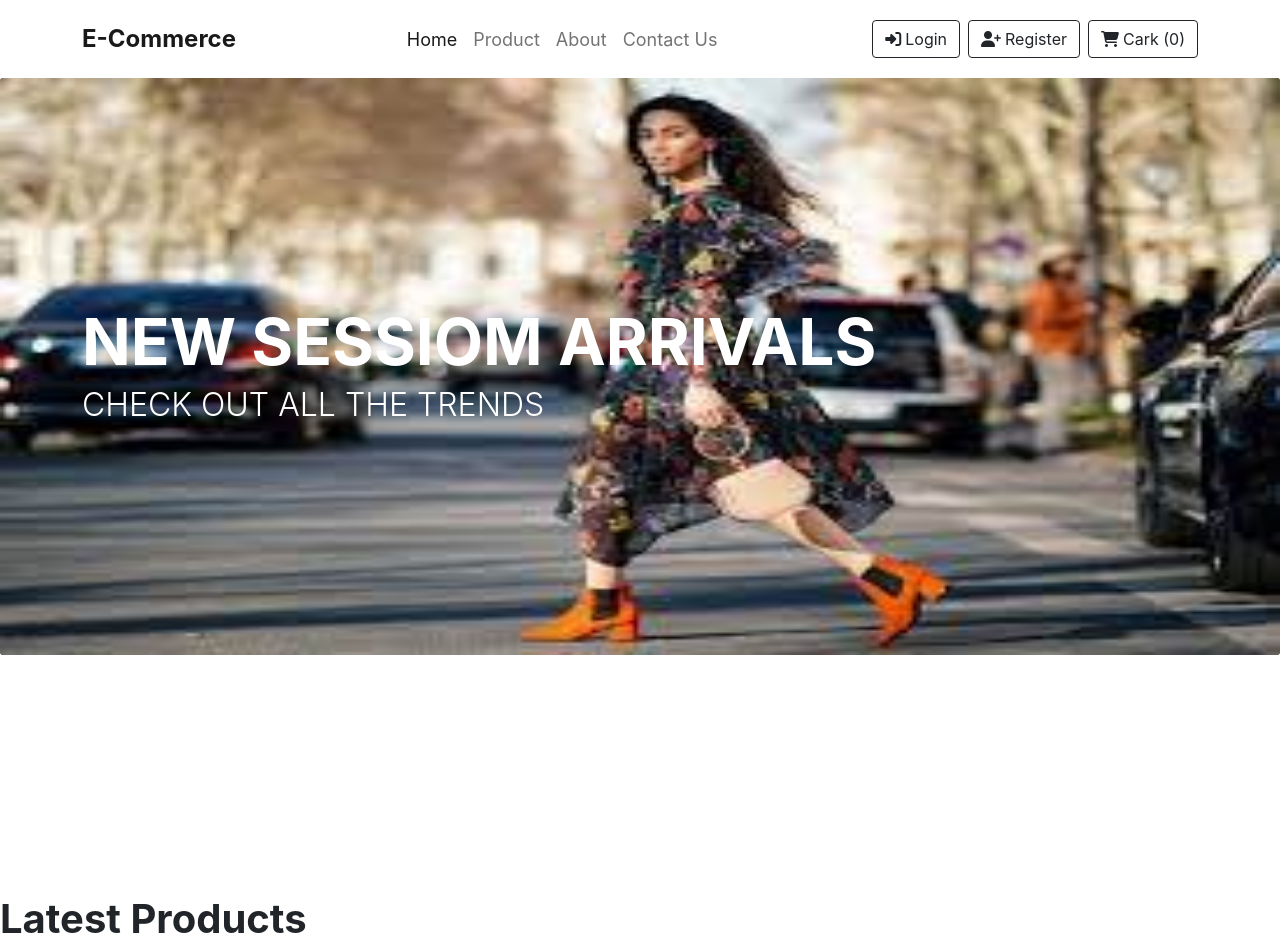
Repository: Sanjayjangra88/online_shop
Page: /products
These files come from the project's save history. The page is drawn as it stood at one moment and after the next save; the edit follows.
The browser window is 1280 px wide. The pictures show the whole page.
Some web libraries are served in a nearby version. The project was rebuilt for these pictures with package versions that can differ from the ones it lists, and the page was loaded fresh each time.

Above is the page before, as saved 2022-03-29 20:57:19.

After the next save:
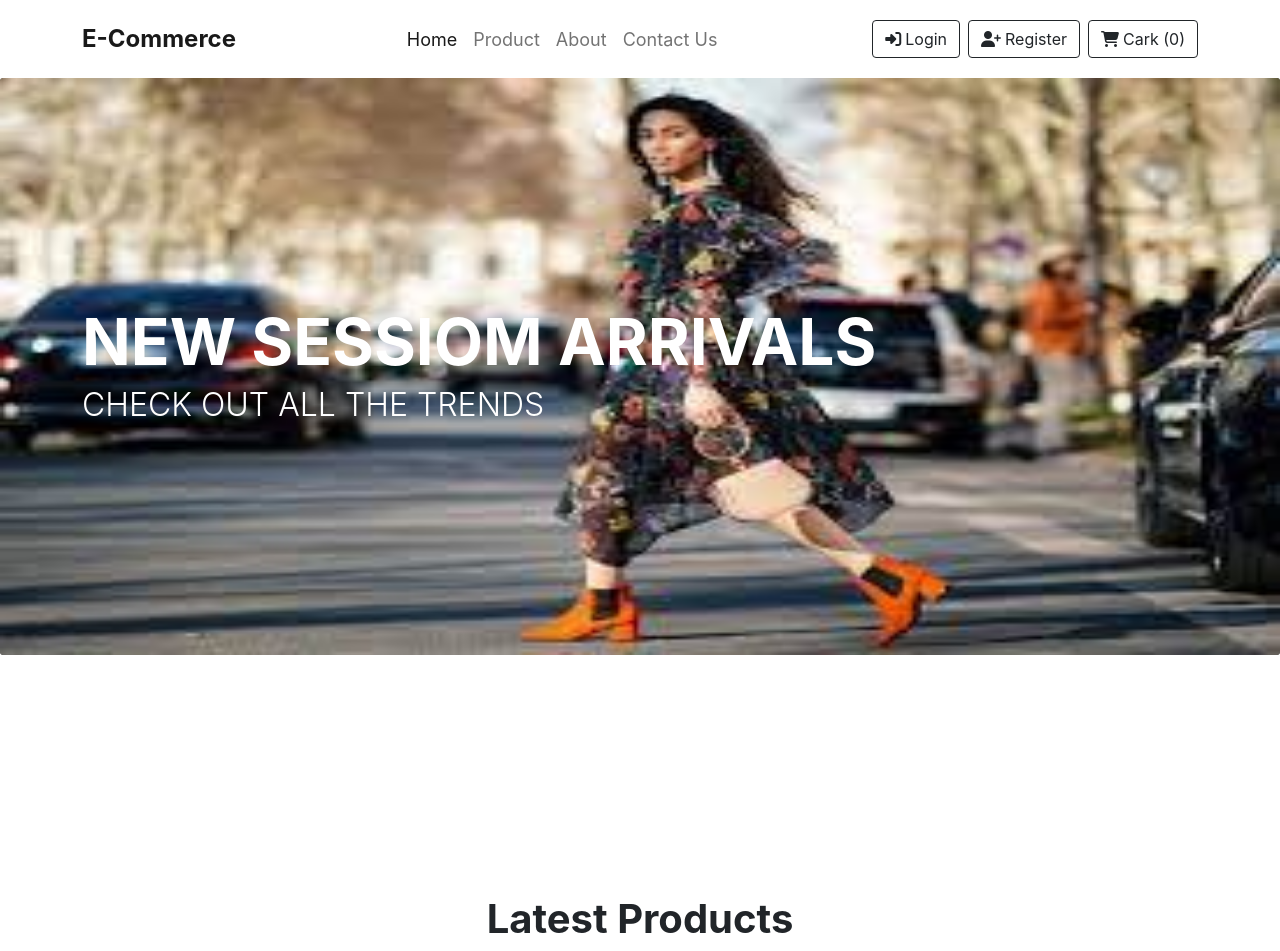
Saved 16 s later.
--- a/src/components2/Products.jsx
+++ b/src/components2/Products.jsx
@@ -29,7 +29,7 @@
       <div className="container my-5 py-5"></div>
       <div className="row"></div>
       <div className="col-12 mb-5"></div>
-      <h1 className='display-6 fw-bolder'>Latest Products</h1>
+      <h1 className='display-6 fw-bolder text-center'>Latest Products</h1>
     </div>
   )
 }
